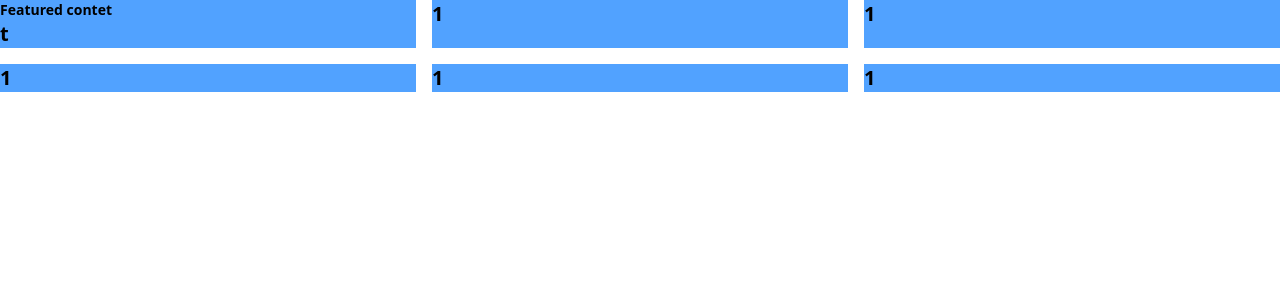
Repository: Abdulahi338/TailwindCss-exercise
Page: Exercise2/index.html
These files come from the project's save history. The page is drawn as it stood at one moment and after a run of saves; the edit follows.
The browser window is 1280 px wide. The pictures show the whole page.

Above is the page before, as saved 2025-07-27 11:08:19.

After the next 2 saves:
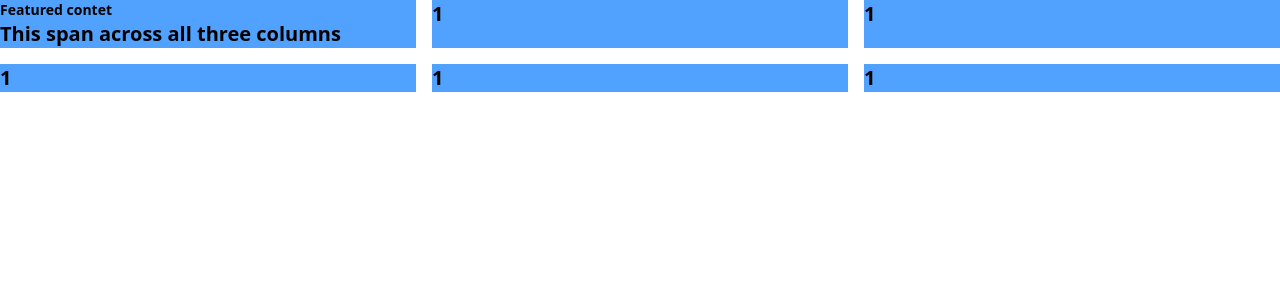
The 2 saves are shown as one change because they came seconds apart.
The last was saved 15 s later.
--- a/Exercise2/index.html
+++ b/Exercise2/index.html
@@ -12,7 +12,7 @@
     <div class="grid grid-cols-3 gap-4">
         <div class="text-xl font-semibold bg-blue-400">
             <h1 class="font-semibold text-sm">Featured contet</h1>
-            <p>t</p>
+            <p>This span across all three columns </p>
         </div>
         <div class="text-xl font-semibold bg-blue-400">1</div>
         <div class="text-xl font-semibold bg-blue-400">1</div>
